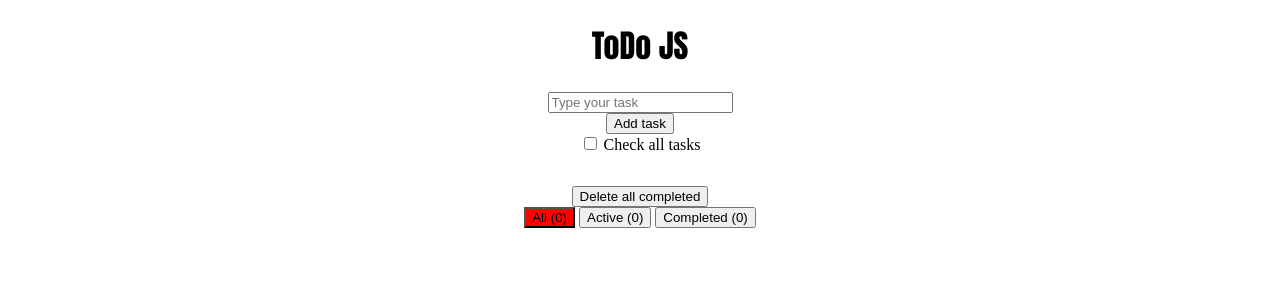
Repository: mklyagin/klyagin_todojs
Page: index.html
An editor plug-in stored every save of this project. The page is shown before and after the next save, followed by the edit.
The browser window is 1280 px wide. The pictures show the whole page.

Above is the page before, as saved 2024-02-27 15:37:11.

After the next save:
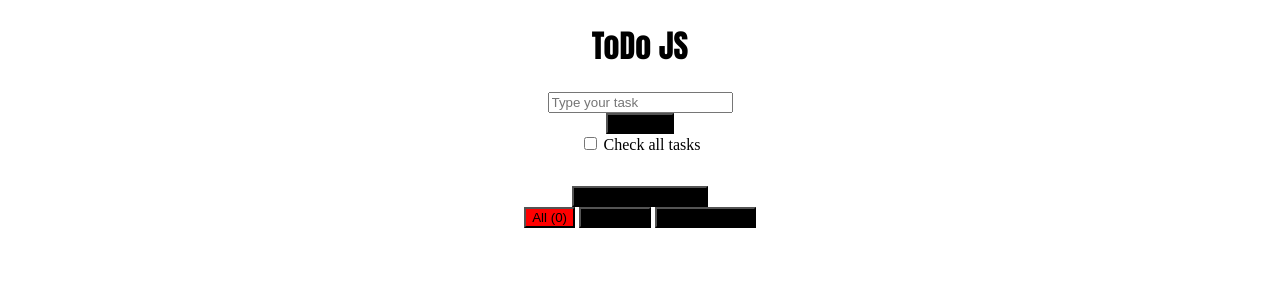
Saved 40 s later.
--- a/style.css
+++ b/style.css
@@ -11,6 +11,10 @@ body > h1 {
   font-family: Impact, Haettenschweiler, 'Arial Narrow Bold', sans-serif;
 }
 
+button {
+  background: #000;
+}
+
 .hidden-element {
   display: none;
 }
